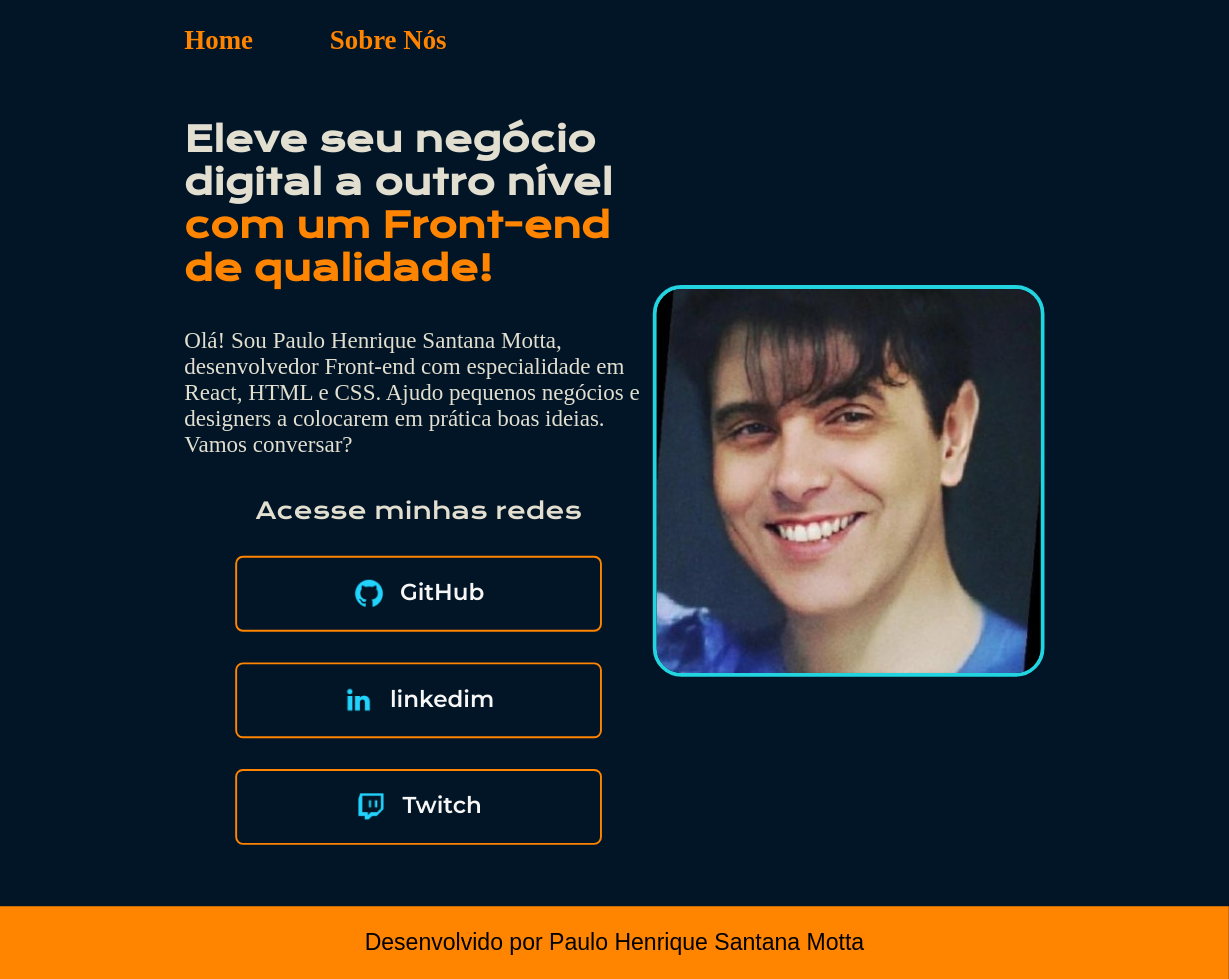
Repository: phsmottanerd/projeto-portfolio-alura
Page: index.html
These files come from the project's save history. The page is drawn as it stood at one moment and after the next save; the edit follows.
The browser window is 1280 px wide. The pictures show the whole page, at 96% of full size.

Above is the page before, as saved 2025-01-29 19:50:22.

### index.html
<!DOCTYPE html>
<html lang="pt-br">
  <head>
    <meta charset="UTF-8" />
    <meta http-equiv="X-UA-Compatible" content="IE=edge" />
    <meta name="viewport" content="width=device-width, initial-scale=1.0" />
    <title>Portifolio</title>
    <link rel="stylesheet" href="./estilos/style.css" />
  </head>

  <body>
    <header class="cabecalho">
      <nav class="cabecalho__menu">
        <a class="cabecalho__menu__link" href="index.html">Home</a>
        <a class="cabecalho__menu__link" href="about.html">Sobre Nós</a>
      </nav>
    </header>
    <main class="apresentacao">
      <section class="apresentacao__conteudo">
        <h1 class="apresentacao__conteudo__titulo">
          Eleve seu negócio digital a outro  nível
          <strong class="titulo-destaque"
            >com um Front-end de qualidade!
          </strong>
        </h1>
        <p class="apresentacao__conteudo__texto">
          Olá! Sou Paulo Henrique Santana Motta, desenvolvedor Front-end com especialidade em
          React, HTML e CSS. Ajudo pequenos negócios e designers a colocarem em
          prática boas ideias. Vamos conversar?
        </p>
        <div class="apresentacao__links">
          <h2 class="apresentacao__links__subtitulo">Acesse minhas redes</h2>
          <a
            class="apresentacao__links__link"
            href="https://github.com/phsmottanerd"
          >
            <img src="./img/github.png" />
            GitHub
          </a>
          <a
            class="apresentacao__links__link"
            href="https://linkedim.com/phsmottanerd"
          >
            <img src="./img/linkedin.png" />
            linkedim
          </a>
          <a class="apresentacao__links__link" href="https://.com/phsmottanerd">
            <img src="./img/twitch.png" />
            Twitch
          </a>
        </div>
      </section>
      <img class="img-foto" src="./img/1722867171561.jpg" alt="Paulo Henrique Santana Motta  programandor" />
    </main>
    <footer class="rodape">
      <p>Desenvolvido por Paulo Henrique Santana Motta</p>
    </footer>
  </body>
</html>

### estilos/style.css
@import url("https://fonts.googleapis.com/css2?family=Krona+One&family=Montserrat:wght@400;600&display=swap");

:root {
  --cor-primaria: #021526;
  --cor-secundaria: #E2DFD0;
  --cor-terciaria:#FF8400;
  --cor-hover: #FF8400;

  --font-primaria: "Krona One", sans-serif;
   --font-secundaria:"Montserrat", sans-serif;


}

* {
  margin: 0;
  padding: 0;
}

body {
  box-sizing: border-box;
  background-color: var(--cor-primaria);
  color: var(--cor-secundaria);
}
.cabecalho {
  padding: 2% 0% 0% 15%;
}
.cabecalho__menu {
  display: flex;
  gap: 80px;
}

.cabecalho__menu__link {
  font-family: var(----font-secundaria);
  font-size: 28px;
  font-weight: 600;
  color: var(--cor-terciaria);
  text-decoration: none;
}

.titulo-destaque {
  color: var(--cor-terciaria);
}

.apresentacao {
  padding: 5% 15%;
  display: flex;
  align-items: center;
  justify-content: space-between;
}
.apresentacao__conteudo {
  width: 615px;
  display: flex;
  flex-direction: column;
  gap: 40px;
}

.apresentacao__conteudo__titulo {
  font-size: 2.25rem;
  font-family: var(--font-primaria);
}

.apresentacao__conteudo__texto {
  font-size: 1.5rem;
  font-family: var(----font-secundaria);
}

.apresentacao__links {
  display: flex;
  flex-direction: column;
  justify-content: space-between;
  align-items: center;
  gap: 32px;
}
.apresentacao__links__subtitulo {
  font-family: "Krona One", sans-serif;
  font-weight: 400;
  font-size: 24px;
}
.apresentacao__links__link {
  /* background-color: #22D4FD; */
  justify-content: center;
  gap: 16px;
  display: flex;
  border: 2px solid var(--cor-terciaria);
  width: 378px;
  text-align: center;
  border-radius: 8px;
  font-size: 24px;
  font-weight: 600;
  padding: 21.5px 0;
  text-decoration: none;
  color: #f6f6f6;
  font-family: "Montserrat", sans-serif;
}
.apresentacao__links__link:hover {
  background-color: var(--cor-hover);
}
.rodape {
  padding: 24px;
  color: #000;
  background-color: var(--cor-terciaria);
  text-align: center;
  font-family: "Montsearrat", sans-serif;
  font-size: 24px;
  font-weight: 400;
}
.img-foto {
  border-radius: 30px;
  border: 4px solid #22d4Df;
  width: 500px;
  heighit: 500px;
}

After the next save:
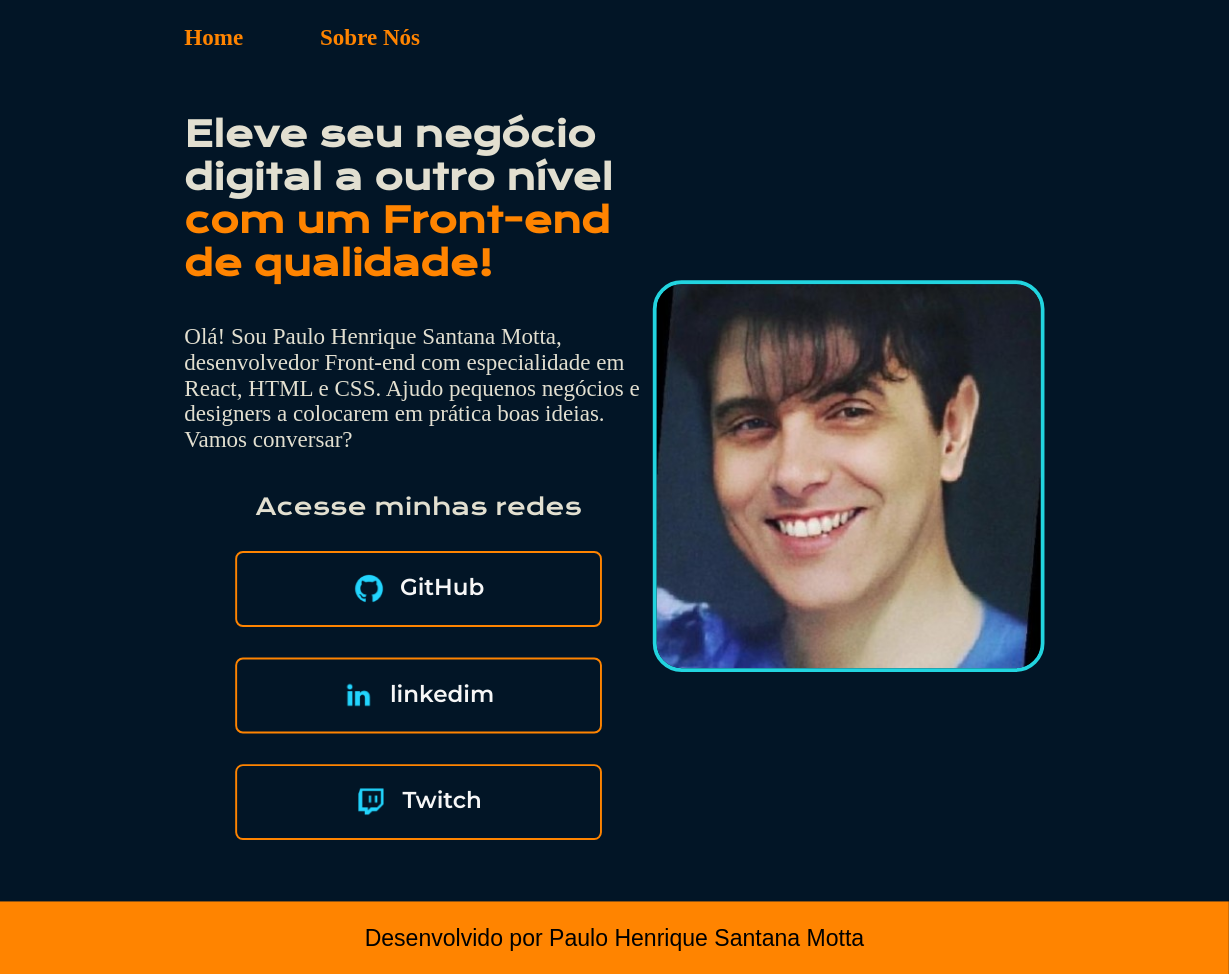
Saved 82 s later.
--- a/estilos/style.css
+++ b/estilos/style.css
@@ -32,7 +32,7 @@ body {
 
 .cabecalho__menu__link {
   font-family: var(----font-secundaria);
-  font-size: 28px;
+  font-size: 1.5rem;
   font-weight: 600;
   color: var(--cor-terciaria);
   text-decoration: none;
